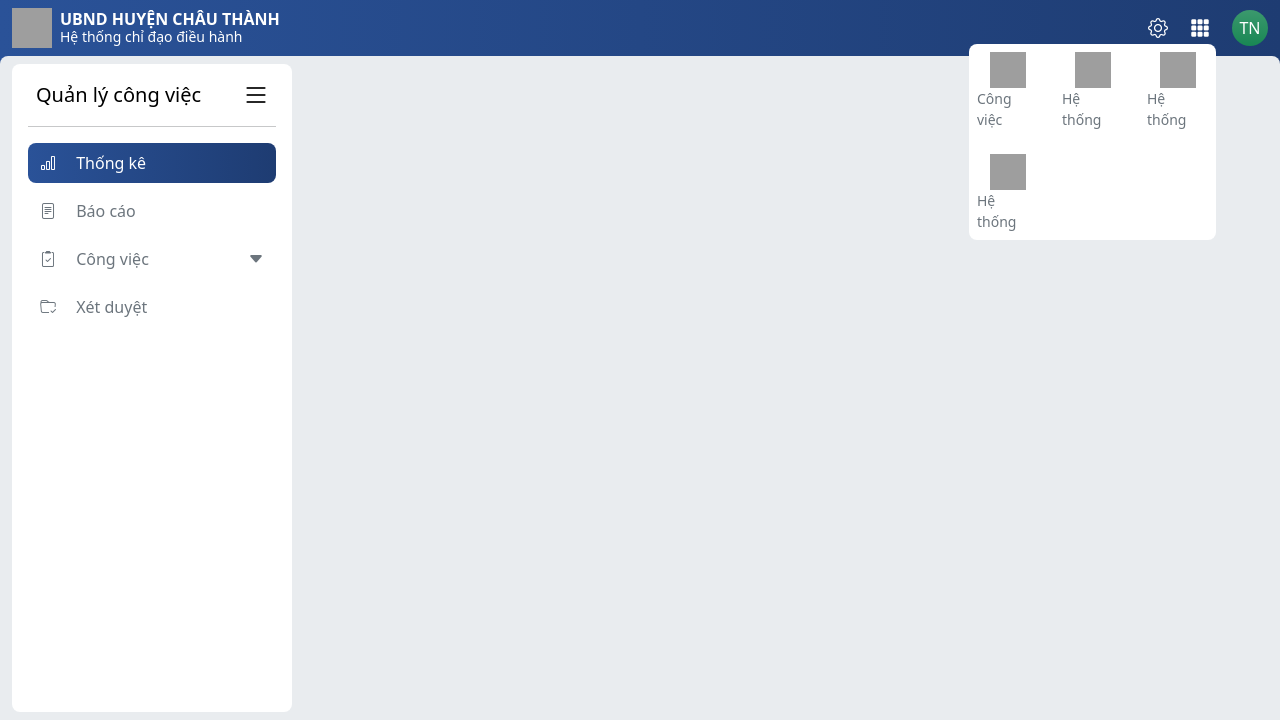
Repository: mys-pro/DATT-HeThongChiDaoDieuHanh
Page: index.html
These files come from the project's save history. The page is drawn as it stood at one moment and after the next save; the edit follows.
The browser window is 1280 px wide. The pictures show the whole page.
Pictures or frames that could not be fetched are drawn as grey boxes.

Above is the page before, as saved 2024-04-21 15:14:50.

### index.html
<!DOCTYPE html>
<html lang="en">

<head>
    <meta charset="UTF-8">
    <meta name="viewport" content="width=device-width, initial-scale=1.0">
    <link rel="icon" href="./Assets/Image/icon.png" />
    <title>Hệ thống chỉ đạo điều hành</title>
    <link rel="stylesheet" href="./Bootstrap/bootstrap-icons-1.11.3/font/bootstrap-icons.min.css">
    <link rel="stylesheet" href="./Bootstrap/bootstrap-5.3.3-dist/css/bootstrap.min.css">
    <link rel="stylesheet" href="./Assets/css/Styles.css">
    <script src="./Assets/js/jquery-3.7.1.min.js"></script>
    <script src="./Bootstrap/bootstrap-5.3.3-dist/js/bootstrap.bundle.min.js"></script>
    <script src="./Assets/js/script.js"></script>
</head>

<body>
    <div class="app">
        <header class="header">
            <nav class="header__navbar navbar">
                <div class="header__navbar-container container-fluid">
                    <a href="#" class="header__navbar-logo navbar-brand p-0 d-flex">
                        <img class="header__navbar-img" src="./Assets/Image/Logo.png" alt="">
                        <div class="header__navbar-name mx-2 text-white align-content-center">
                            <h6 class="fw-bold p-0 m-0">UBND HUYỆN CHÂU THÀNH</h6>
                            <h6 class="fw-normal p-0 m-0">Hệ thống chỉ đạo điều hành</h6>
                        </div>
                    </a>

                    <ul class="header__navbar-list list-inline p-0 m-0 d-flex">
                        <li class="header__navbar-item ms-3 align-content-center">
                            <a class="border-0 bg-transparent rounded-circle text-white">
                                <i class="bi bi-gear fs-5"></i>
                            </a>
                        </li>
                        <li class="header__navbar-item ms-3 align-content-center position-relative">
                            <button type="button" class="border-0 bg-transparent rounded-circle text-white"
                                id="dropdown-apps">
                                <i class="bi bi-grid-3x3-gap-fill fs-5"></i>
                            </button>
                            <div class="list-apps bg-white rounded-3 position-absolute p-2">
                                <div class="row row-cols-3 g-4">
                                    <div class="col">
                                        <a href="#" class="text-decoration-none text-secondary d-flex flex-column align-items-center">
                                            <img src="./Assets/Image/task-icon.png" alt="" width="36px" height="36px">
                                            Công việc
                                        </a>
                                    </div>
                                    <div class="col">
                                        <a href="#" class="text-decoration-none text-secondary d-flex flex-column align-items-center">
                                            <img src="./Assets/Image/admin-icon.png" alt="" width="36px" height="36px">
                                            Hệ thống
                                        </a>
                                    </div>
                                    <div class="col">
                                        <a href="#" class="text-decoration-none text-secondary d-flex flex-column align-items-center">
                                            <img src="./Assets/Image/admin-icon.png" alt="" width="36px" height="36px">
                                            Hệ thống
                                        </a>
                                    </div>
                                    <div class="col">
                                        <a href="#" class="text-decoration-none text-secondary d-flex flex-column align-items-center">
                                            <img src="./Assets/Image/admin-icon.png" alt="" width="36px" height="36px">
                                            Hệ thống
                                        </a>
                                    </div>
                                </div>
                            </div>
                        </li>
                        <li class="header__navbar-item ms-3">
                            <div
                                class="header__navbar-avatar border-0 bg-success bg-gradient rounded-circle text-white text-center align-content-center">
                                TN</div>
                        </li>
                    </ul>
                </div>
            </nav>
        </header>

        <div class="app__container bg-body-secondary rounded-top-3 py-2">
            <div class="container-fluid">
                <div class="sidebar bg-white rounded-3 p-3 open">
                    <div class="side__bar-tile d-flex position-relative">
                        <span class="ms-2 text-black fs-5 text-nowrap">Quản lý công việc</span>
                        <button type="button"
                            class="sidebar__collapse-btn border-0 bg-white position-absolute text-end end-0">
                            <i class="bi bi-list"></i>
                        </button>
                    </div>
                    <hr>

                    <ul class="sidebar-list list-unstyled p-0 m-0">
                        <li class="sidebar-item mb-2">
                            <a href="#" class="rounded-3 text-secondary text-nowrap d-block active">
                                <i class="bi bi-bar-chart me-3"></i>
                                <span>Thống kê</span>
                            </a>
                        </li>

                        <li class="sidebar-item mb-2">
                            <a href="#" class="rounded-3 text-secondary text-nowrap d-block">
                                <i class="bi bi-file-text me-3"></i>
                                <span>Báo cáo</span>
                            </a>
                        </li>

                        <li class="sidebar-item mb-2">
                            <a href="#" class="position-relative rounded-3 text-secondary text-nowrap d-block collapsed"
                                data-bs-toggle="collapse" data-bs-target="#sidebarToggleExternalContent">
                                <i class="bi bi-clipboard2-check me-3"></i>
                                <span>Công việc</span>
                                <i class="bi bi-caret-down-fill"></i>
                            </a>

                            <ul class="sidebar-list-child collapse list-inline text-secondary text-nowrap"
                                id="sidebarToggleExternalContent">
                                <li class="sidebar-item-child mt-2">
                                    <a href="#"
                                        class="text-secondary rounded-3 text-nowrap d-block d-flex justify-content-between align-items-center active">
                                        Tất cả
                                        <span class="badge text-bg-danger rounded-pill">1</span>
                                    </a>
                                </li>
                                <li class="sidebar-item-child mt-2">
                                    <a href="#"
                                        class="text-secondary rounded-3 text-nowrap d-block d-flex justify-content-between align-items-center">
                                        Dự thảo
                                        <span class="badge text-bg-danger rounded-pill">1</span>
                                    </a>
                                </li>
                                <li class="sidebar-item-child mt-2">
                                    <a href="#"
                                        class="text-secondary rounded-3 text-nowrap d-block d-flex justify-content-between align-items-center">
                                        Hoàn thành
                                        <span class="badge text-bg-danger rounded-pill">1</span>
                                    </a>
                                </li>
                                <li class="sidebar-item-child mt-2">
                                    <a href="#"
                                        class="text-secondary rounded-3 text-nowrap d-block d-flex justify-content-between align-items-center">
                                        Chờ phê duyệt
                                        <span class="badge text-bg-danger rounded-pill">1</span>
                                    </a>
                                </li>
                                <li class="sidebar-item-child mt-2">
                                    <a href="#"
                                        class="text-secondary rounded-3 text-nowrap d-block d-flex justify-content-between align-items-center">
                                        Làm lại
                                        <span class="badge text-bg-danger rounded-pill">1</span>
                                    </a>
                                </li>
                                <li class="sidebar-item-child mt-2">
                                    <a href="#"
                                        class="text-secondary rounded-3 text-nowrap d-block d-flex justify-content-between align-items-center">
                                        Bị hủy
                                        <span class="badge text-bg-danger rounded-pill">1</span>
                                    </a>
                                </li>
                            </ul>
                        </li>

                        <li class="sidebar-item mb-2">
                            <a href="#" class="rounded-3 text-secondary text-nowrap d-block">
                                <i class="bi bi-folder-check me-3"></i>
                                <span>Xét duyệt</span>
                            </a>
                        </li>
                    </ul>
                </div>
            </div>
        </div>
    </div>
</body>

</html>

### Assets/css/Styles.css
:root {
    --primary-color: #2a5298;
    --primary-gradient-color: linear-gradient(to left, #1e3c72, #2a5298);
    --bs-body-color: #212529;
}

body {
    overflow: auto;
}

.col-0 {
    display: none;
}

.app {
    background-image: var(--primary-gradient-color);
}
/* ======Navbar====== */
.header__navbar-img {
    width: 40px;
    height: 40px;
}

.header__navbar-name h6:first-child {
    font-size: 16px;
}

.header__navbar-name h6:last-child {
    font-size: 14px;
}

.header__navbar-avatar {
    width: 36px;
    height: 36px;
}

.header__navbar-item a {
    cursor: pointer;
}

.header__navbar-item span {
    top: 25%;
    right: -15px;
}

.list-apps {
    width: 247px;
    right: 0;
    font-size: 14px;
}

/* ======Sidebar====== */
.sidebar {
    --height: calc(100vh - 56px - 16px);
    min-height: var(--height);
    width: 72px;
    transition: all .2s ease-out;
}

.sidebar.open {
    width: 280px;
}

.sidebar a {
    padding: 8px 12px;
    text-decoration: none;
    overflow: hidden;
}

.sidebar span {
    overflow: hidden;
}

.sidebar__collapse-btn {
    font-size: 28px;
    line-height: 0;
}

.sidebar-list-child {
    overflow: hidden;
}

.sidebar-item > a:hover {
    background-color: rgba(0, 0, 0, 0.05) !important;
}

.sidebar-item > a:active {
    background-color: rgba(0, 0, 0, 0.1) !important;
}

.sidebar-item > a.active {
    background-image: var(--primary-gradient-color);
    color: white !important;
}

.sidebar:not(.open) .sidebar-list-child {
    display: none;
}

.sidebar-item > a[data-bs-toggle="collapse"].collapsed > i:last-child {
    position: absolute;
    right: 12px;
    top: 0.5rem;
    transform: rotate(0deg);
    transition: all .2s ease-out;
}

.sidebar-item > a[data-bs-toggle="collapse"] > i:last-child {
    position: absolute;
    right: 12px;
    top: 0.5rem;
    transform: rotate(180deg);
    transition: all .2s ease-out;
}

.sidebar:not(.open) .sidebar-item > a[data-bs-toggle="collapse"] > i:last-child {
    display: none;
}

.sidebar-item-child > a:not(.active):hover {
    background-color: rgba(0, 0, 0, 0.05) !important;
}

.sidebar-item-child > a:not(.active):active,
.sidebar-item-child > a.active {
    background-color: rgba(0, 0, 0, 0.1) !important;
}

@media (max-width: 576px) {
    .sidebar {
        display: none;
    }

    .header__navbar-list {
        display: none !important;
    }
}

### Assets/js/script.js
$(document).ready(function() {
    $('.sidebar__collapse-btn').click(function() {
        $(".sidebar").toggleClass("open");
    });

    $('.sidebar-item > a').click(function() {
        $('.sidebar-item > a').removeClass("active");
        $(this).addClass("active");
        $('#sidebarToggleExternalContent').collapse('hide');
    });

    $('.sidebar-item > a[data-bs-toggle="collapse"]').click(function() {
        $('.sidebar-item-child > a').removeClass("active");
        $('.sidebar-item-child > a:first').addClass("active");
      });

    $('.sidebar-item-child > a').click(function() {
        $('.sidebar-item-child > a').removeClass("active");
        $(this).addClass("active");
    });
});

Loaded but not shown: library/Bootstrap/bootstrap-icons-1.11.3/font/bootstrap-icons.min.css (library); library/Bootstrap/bootstrap-5.3.3-dist/css/bootstrap.min.css (library); Public/js/jquery-3.7.1.min.js (library); library/Bootstrap/bootstrap-5.3.3-dist/js/bootstrap.bundle.min.js (library)

After the next save:
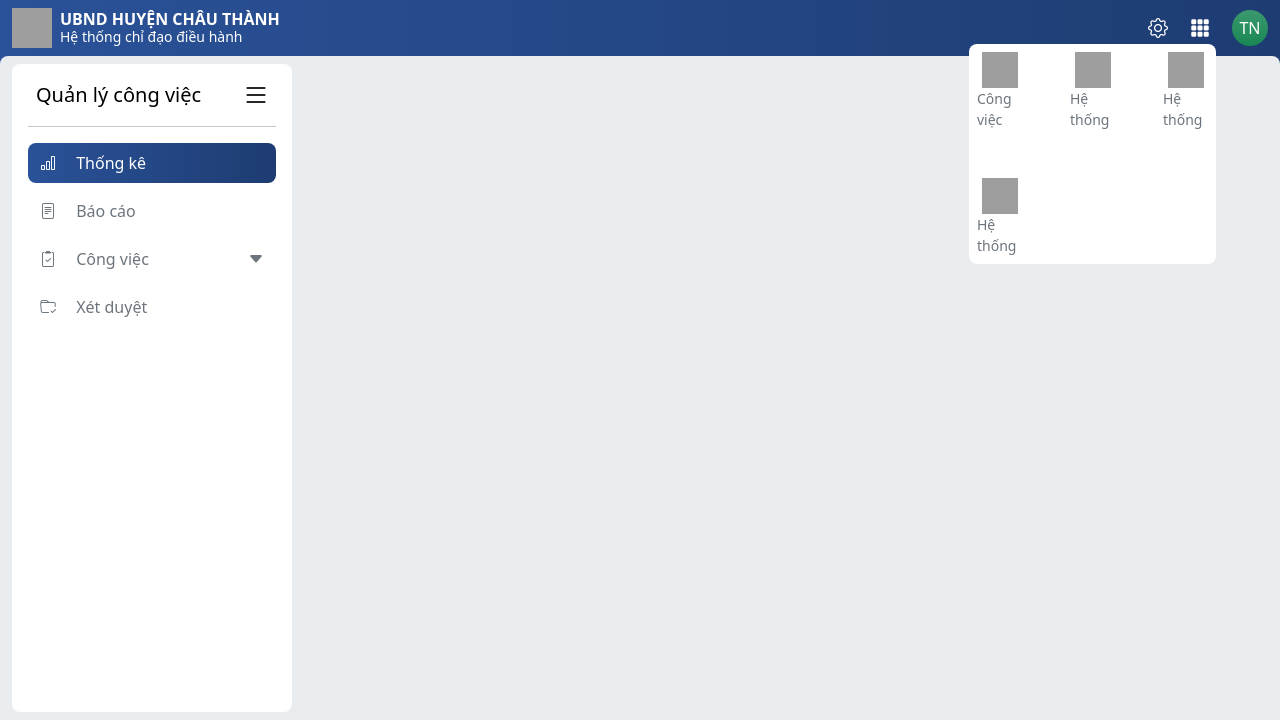
Saved 28 s later.
--- a/index.html
+++ b/index.html
@@ -39,7 +39,7 @@
                                 <i class="bi bi-grid-3x3-gap-fill fs-5"></i>
                             </button>
                             <div class="list-apps bg-white rounded-3 position-absolute p-2">
-                                <div class="row row-cols-3 g-4">
+                                <div class="row row-cols-3 g-5">
                                     <div class="col">
                                         <a href="#" class="text-decoration-none text-secondary d-flex flex-column align-items-center">
                                             <img src="./Assets/Image/task-icon.png" alt="" width="36px" height="36px">
